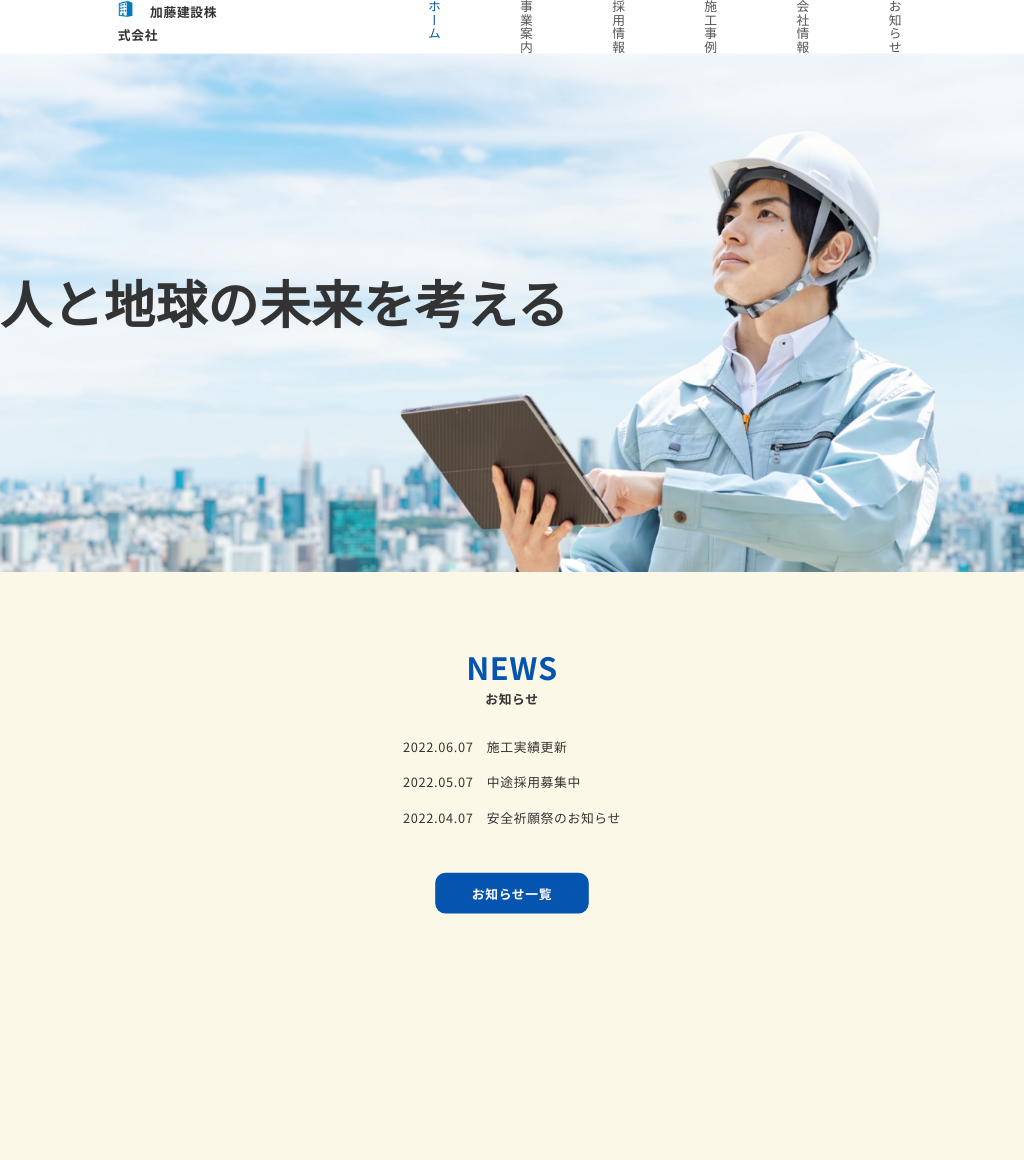
Repository: nozomi-23/hp1_test
Page: index.html
These files come from the project's save history. The page is drawn as it stood at one moment and after the next save; the edit follows.
The browser window is 1280 px wide. The pictures show the whole page, at 80% of full size.

Above is the page before, as saved 2022-06-12 11:25:35.

After the next save:
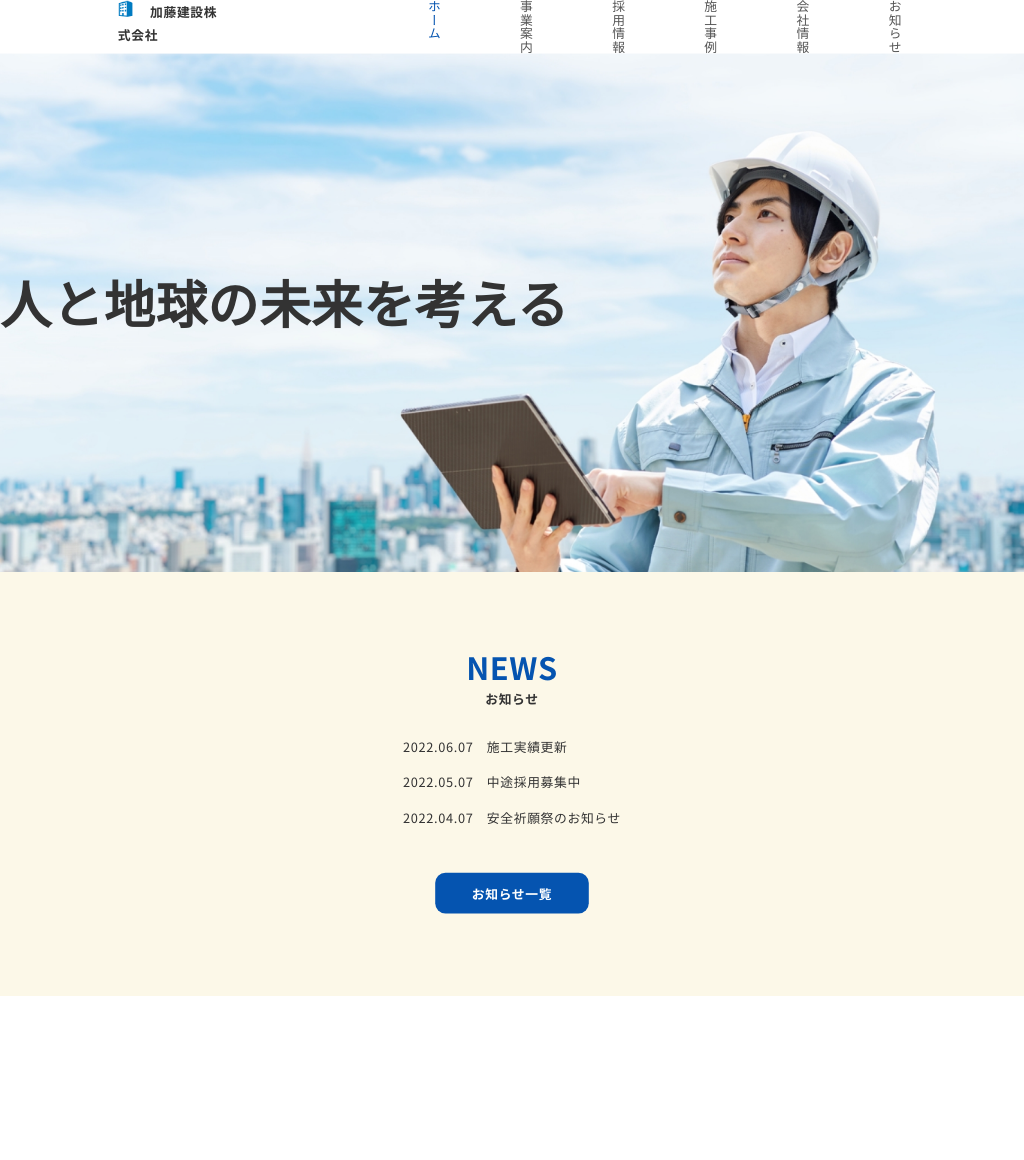
Saved 5 s later.
--- a/css/index.css
+++ b/css/index.css
@@ -59,7 +59,7 @@ main_view
 /* =================
 news
 ===================*/
-.section {
+.section_color {
   background-color: #FCF8E8;
 }
 .news {
